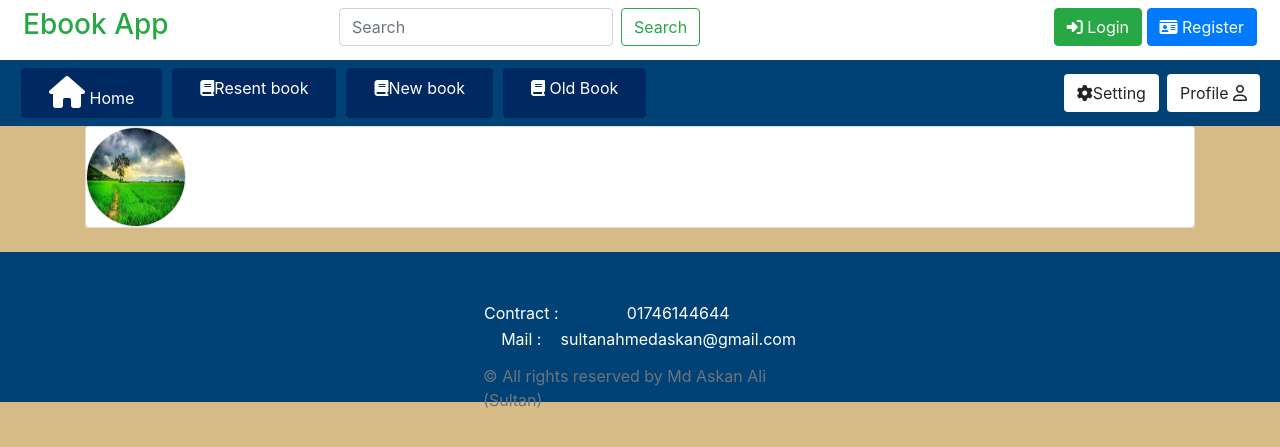
Repository: sultanaskan/EbookApp
Page: http://localhost/ebook/profile.jsp
The author's editor kept a copy of each file at every save. The page is drawn from the files as they stood at one save, then again after the next save.
The browser window is 1280 px wide. The pictures show the whole page.
The page is served by Tomcat 9. Other server files are loaded and not shown.

Above is the page before, as saved 2024-05-06 08:00:51.

### ebook/src/main/webapp/profile.jsp
<%@page import="com.entity.Cart"%>
<%@page import="com.entity.Book"%>
<%@page import="java.util.List"%>
<%@page import="com.DAO.DBconn"%>
<%@ page language="java" contentType="text/html; charset=UTF-8"
	pageEncoding="UTF-8"%>

<%@ taglib prefix="c" uri="http://java.sun.com/jsp/jstl/core"%>
<%@ page isELIgnored="false"%>

<!DOCTYPE html>
<html>
<head>
<meta charset="UTF-8">
<title>New Book:</title>
<%@include file="components/allcss.jsp"%>


</head>
<body>
	<%@include file="components/navbar.jsp"%>


	<div class="container">
		<div class="card text-center">

			<div class="" style="width: 100px; height: 100px;">
				<img height="100px" width="100px"
					class="rounded-circle border w-5 h-5 r " alt=""
					src="data:[embedded picture, 7115 characters]">

			</div>

		</div>

	</div>



	<br>









	<%@include file="components/footer.jsp"%>
</body>
</html>

### ebook/src/main/webapp/components/allcss.jsp
<script
	src="https://cdn.jsdelivr.net/npm/jquery@3.5.1/dist/jquery.slim.min.js"></script>
<script
	src="https://cdn.jsdelivr.net/npm/popper.js@1.16.1/dist/umd/popper.min.js"></script>
<script
	src="D:/All projects/java web/EbookApp/src/main/webapp/components/bootstrap-4.6.2-dist/js/bootstrap.min.js"></script>

<link rel="stylesheet"
	href="https://cdn.jsdelivr.net/npm/bootstrap@4.6.2/dist/css/bootstrap.min.css">
<script
	src="https://cdn.jsdelivr.net/npm/bootstrap@4.6.2/dist/js/bootstrap.bundle.min.js"></script>
<link rel="stylesheet"
	href="https://cdnjs.cloudflare.com/ajax/libs/font-awesome/6.4.2/css/all.min.css" />

<link rel="stylesheet" href="components/style.css">

### ebook/src/main/webapp/components/navbar.jsp
<%@page import="java.sql.Connection"%>
<%@page import="com.db.Database"%>
<%@page import="com.entity.user"%>
<%@page import="com.DAO.DAOImpl"%>
<%@page import="com.DAO.DBconn"%>
<%@include file="jstl.jsp" %>


<% Connection conn =new Database().Dbconn(); %>


<div class="container-fluid bg-white  " style="min-height: 60px">
	<div class="row p-2">
		<div class="col-md-3">
			<h3 class="text-success float-left">Ebook App</h3>
		</div>
		<div class=" col-md-5">
			<form class="form-inline my-2 my-lg-0">
				<input class="form-control mr-sm-2" type="search"
					placeholder="Search" aria-label="Search">
				<button class="btn btn-outline-success my-2 my-sm-0" type="submit">Search</button>
			</form>
		</div>

		<c:if test="${not empty  logedin }">
			<div class="col-md-4  text-right">
				<a href="profile.jsp" class="btn btn-primary "><i
					class="fa-regular fa-user"></i> Profile</a>
				<button data-toggle="modal" data-target="#exampleModal"
					class="btn btn-danger ">
					<i class="fa-solid fa-right-from-bracket"></i> Logout
				</button>
			</div>
		</c:if>

		<c:if test="${empty logedin}">
			<div class="col-md-4  text-right">
				<a href="login.jsp" class="btn btn-success "><i
					class="fa-solid fa-right-to-bracket "></i> Login</a> <a
					href="register.jsp" class="btn btn-primary "><i
					class="fa-solid fa-id-card"></i> Register</a>
			</div>
		</c:if>


	</div>
</div>



<nav class="navbar navbar-expand-lg navbar-dark  sticky-top"
	style="background: #004275">
	<button class="navbar-toggler" type="button" data-toggle="collapse"
		data-target="#navbarSupportedContent"
		aria-controls="navbarSupportedContent" aria-expanded="false"
		aria-label="Toggle navigation">
		<span class="navbar-toggler-icon"></span>
	</button>
	<div class="row collapse navbar-collapse" id="navbarSupportedContent">
		<div class=" col-md-7 float-left ">
			<ul class="navbar-nav mr-auto">
				<li class="nav-item active"><a class="nav-link"
					href="index.jsp"> <i class="fa-solid fa-house fa-2x"></i> Home
				</a></li>
				<li class="nav-item active"><a class="nav-link"
					href="resentbook.jsp"> <i class="fa-solid fa-book"></i>Resent
						book
				</a></li>
				<li class="nav-item  active"><a class="nav-link"
					href="newbook.jsp"> <i class="fa-solid fa-book"></i>New book
				</a></li>
				<li class="nav-item active"><a class="nav-link "
					href="oldbook.jsp"> <i class="fa-solid fa-book"></i> Old Book
				</a></li>
			</ul>
		</div>

		<div class="col-md-5 ">
			<a class=" float-right btn bg-white mx-1" href="#">Profile <i
				class="fa-regular fa-user"></i>
			</a> <a href="setting.jsp" class=" float-right btn bg-white mx-1"
				href="#"><i class="fa-solid fa-gear"></i>Setting </a>




			<c:if test="${not empty logedin }">

				<%
				DAOImpl daoNav = new DAOImpl(conn);
				user uNav = (user) session.getAttribute("logedin");
				int uidNav = uNav.getUid();
				int totalCarts = daoNav.getCartsCountByUid(uidNav);
				System.out.println("total Carts is: " + totalCarts);
				%>

				<a href="cart.jsp" class="float-right  btn bg-white mx-1"
					href="#"> <i class="fa-solid fa-cart-arrow-down"></i> <sup
					style="font-size: 15px; width: 250px"
					class="bg-danger rounded text-white"> <%=totalCarts%>
				</sup>
				</a>
			</c:if>


		</div>

	</div>
</nav>





<!-- Modal -->
<div class="modal fade" id="exampleModal" tabindex="-1"
	aria-labelledby="exampleModalLabel" aria-hidden="true">
	<div class="modal-dialog">
		<div class="modal-content">
			<div class="modal-header">
				<h5 class="modal-title" id="exampleModalLabel">warning !</h5>
				<button type="button" class="close" data-dismiss="modal"
					aria-label="Close">
					<span aria-hidden="true">&times;</span>
				</button>
			</div>
			<div class="modal-body">Are you sure you want to logout?</div>
			<div class="modal-footer">
				<button type="button" class="btn btn-secondary" data-dismiss="modal">No</button>
				<a href="Logout" type="button" class="btn btn-primary">Yes</a>
			</div>
		</div>
	</div>
</div>

### ebook/src/main/webapp/components/jstl.jsp
<%@ taglib prefix = "c" uri = "http://java.sun.com/jsp/jstl/core" %>
<%@  page isELIgnored="false" %>

### ebook/src/main/webapp/components/footer.jsp
<div class="container-fluid  text-center " style="height:150px; background:#004275">
	<div class="row text-center text-white pt-5 justify-content-center">


		<table>
		<caption>&copy All rights reserved by Md Askan Ali (Sultan)</caption>

		<tr>
		<td>Contract : </td>
		<td>01746144644</td>
		</tr>
		<tr>
		<td>Mail     : </td>
		<td>sultanahmedaskan@gmail.com</td>
		</tr>
		</table>
	</div>
</div>

### ebook/src/main/java/com/db/Database.java
package com.db;

import java.sql.Connection;
import java.sql.DriverManager;
import java.sql.SQLException;

public class Database{






	public Database() {
		super();
		// TODO Auto-generated constructor stub
	}

	public Connection Dbconn() {
		// TODO Auto-generated method stub
		Connection conn  = null;
		String url= "jdbc:mysql://localhost:3306/ebook";
		String user= "root";
		String password= "";

		try {
			Class.forName("com.mysql.cj.jdbc.Driver");
		} catch (ClassNotFoundException e) {
			// TODO Auto-generated catch block
			e.printStackTrace();
		}

		try {

			conn = DriverManager.getConnection(url,user, password);
		} catch (SQLException e) {
			// TODO Auto-generated catch block
			e.printStackTrace();
		}

		return conn;
	}


}

### ebook/src/main/webapp/components/style.css

body{
	background-color:#D6BB87;
}
.gcardbook{
	height: 135px;
	width: 100px;
}
.resentbook{
	background-color: rgba(132, 151, 134,0.4);
	border-radius: 10px;
}

.newbook{
	background-color: rgba(148, 124, 145,0.4);
	border-radius: 10px;
}

.oldbook{
	background-color: rgba(155, 152, 130,.4);
	border-radius: 10px;
}
.card {
	background-color: rgba(255, 255, 223,0.3);
	transition: 1s ease-in-out ;
}
.card{
	background-color: white;
}

.navbar ul li{
	padding-left: 20px;
	padding-right: 20px;
	background-color: rgba(0, 0, 68, .4);
	border-radius: 4px;
	margin-right: 5px;
	margin-left: 5px;
}

.navbar ul li:hover {
	background-color:rgb(128, 0, 128);
	transition: .3s ease-in-out;
	color:rgb(0, 0, 64) !important;
	border-radius: 4px;

}

After the next save:
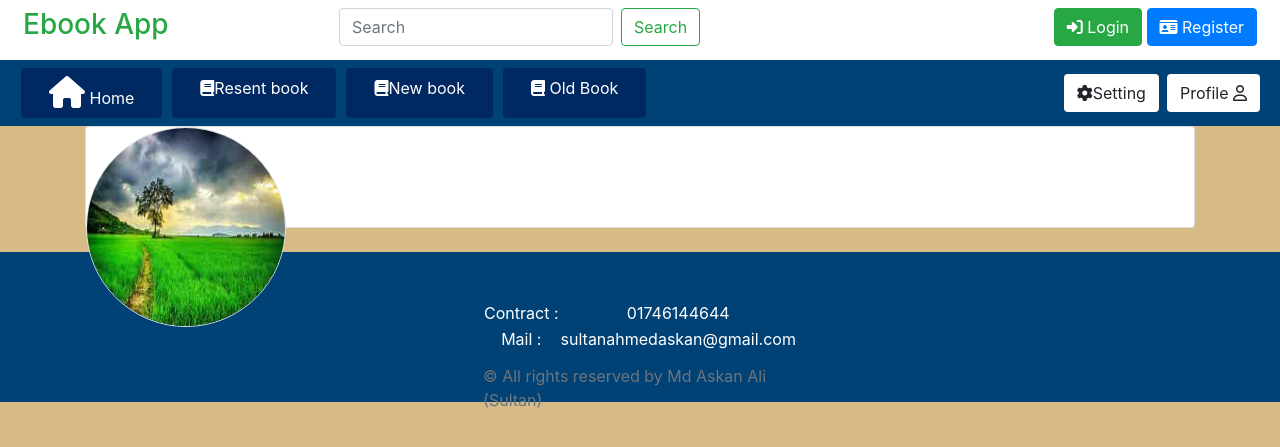
Saved 17 s later.
--- a/ebook/src/main/webapp/profile.jsp
+++ b/ebook/src/main/webapp/profile.jsp
@@ -25,7 +25,7 @@
 		<div class="card text-center">
 
 			<div class="" style="width: 100px; height: 100px;">
-				<img height="100px" width="100px"
+				<img height="200px" width="200px"
 					class="rounded-circle border w-5 h-5 r " alt=""
 					src="data:[embedded picture, 7115 characters]">
 
